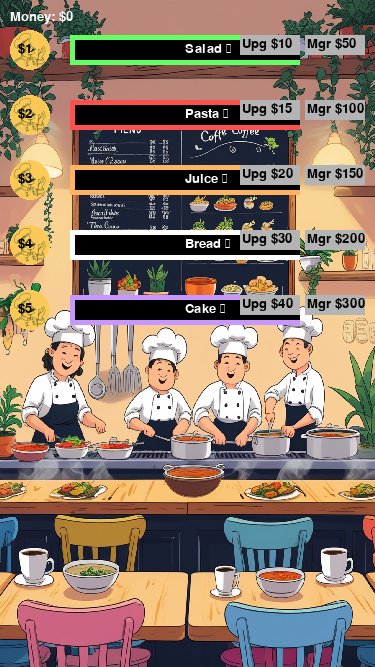
Repository: jontslater/idleclicker
Script's output: python main.py
An editor plug-in stored every save of this project. The script's output is shown before and after the next save, followed by the edit.
The window is shown after at most 60 frames with no key pressed. Random numbers start from a fixed seed. It also reads ChefCircle.png, Leonardo_Phoenix_10_A_cozy_cartoonstyle_restaurant_interior_wa_1.jpg.

Above is the script's output before, as saved 2025-04-21 13:12:44.

### main.py
import pygame

pygame.init()

# Screen setup (phone dimensions)
screen = pygame.display.set_mode([375, 667])
pygame.display.set_caption('Idle Restaurant')

# Load and scale background
background_img = pygame.image.load("c:/Users/lisaa/workspace/idleclicker/Leonardo_Phoenix_10_A_cozy_cartoonstyle_restaurant_interior_wa_1.jpg").convert()
background_img = pygame.transform.scale(background_img, (375, 667))
background = background_img

# Load chef icon image
Icon_img = pygame.image.load("C:/Users/lisaa/workspace/idleclicker/ChefCircle.png").convert_alpha()

# Colors
red = (255, 80, 80)
green = (100, 255, 100)
orange = (255, 180, 100)
white = (255, 255, 255)
black = (0, 0, 0)
purple = (200, 150, 255)
gray = (180, 180, 180)

# Font and clock
font = pygame.font.Font(None, 20)
framerate = 60
timer = pygame.time.Clock()

# Game values
score = 0

# Station data
stations = [
    {"name": "Salad 🥗", "color": green, "value": 1, "speed": 5, "length": 0, "draw": False, "auto": False, "upgrade_cost": 10, "manager_cost": 50, "manager_level": 0},
    {"name": "Pasta 🍝", "color": red, "value": 2, "speed": 4, "length": 0, "draw": False, "auto": False, "upgrade_cost": 15, "manager_cost": 100, "manager_level": 0},
    {"name": "Juice 🍊", "color": orange, "value": 3, "speed": 3, "length": 0, "draw": False, "auto": False, "upgrade_cost": 20, "manager_cost": 150, "manager_level": 0},
    {"name": "Bread 🍞", "color": white, "value": 4, "speed": 2, "length": 0, "draw": False, "auto": False, "upgrade_cost": 30, "manager_cost": 200, "manager_level": 0},
    {"name": "Cake 🍰", "color": purple, "value": 5, "speed": 1, "length": 0, "draw": False, "auto": False, "upgrade_cost": 40, "manager_cost": 300, "manager_level": 0},
]

def draw_circular_icon(image, position, size):
    # Resize the image
    icon_scaled = pygame.transform.smoothscale(image, (size, size)).convert_alpha()

    # Create a surface for the mask
    mask_surface = pygame.Surface((size, size), pygame.SRCALPHA)
    pygame.draw.circle(mask_surface, (255, 255, 255, 255), (size // 2, size // 2), size // 2)

    # Apply mask using BLEND_RGBA_MIN
    icon_scaled.blit(mask_surface, (0, 0), special_flags=pygame.BLEND_RGBA_MIN)

    # Blit the icon to the screen
    screen.blit(icon_scaled, position)

    return pygame.Rect(position[0], position[1], size, size)

def draw_station(station, y):
    global score

    if station["auto"]:
        station["draw"] = True

    # Progress logic
    if station["draw"] and station["length"] < 200:
        station["length"] += station["speed"]
    elif station["draw"] and station["length"] >= 200:
        station["draw"] = False
        station["length"] = 0
        score += station["value"]

    # Draw circular icon
    icon_rect = draw_circular_icon(Icon_img, (10, y - 20), 40)

    # Progress bar background
    pygame.draw.rect(screen, station["color"], [70, y - 15, 230, 30])
    pygame.draw.rect(screen, black, [75, y - 10, 225, 20])
    pygame.draw.rect(screen, station["color"], [70, y - 15, station["length"], 30])

    # Text
    label = font.render(station["name"], True, white)
    screen.blit(label, (70 + (230 - station["length"]) // 2, y - 8))

    value_text = font.render(f"${station['value']}", True, black)
    screen.blit(value_text, (18, y - 8))

    # Buttons
    upg_btn = pygame.Rect(240, y - 15, 60, 20)
    mgr_btn = pygame.Rect(305, y - 15, 60, 20)

    pygame.draw.rect(screen, gray, upg_btn)
    pygame.draw.rect(screen, gray, mgr_btn)

    upg_label = font.render(f"Upg ${station['upgrade_cost']}", True, black)
    mgr_label = font.render(f"Mgr ${station['manager_cost']}", True, black)
    screen.blit(upg_label, (upg_btn.x + 2, upg_btn.y + 2))
    screen.blit(mgr_label, (mgr_btn.x + 2, mgr_btn.y + 2))

    return icon_rect, upg_btn, mgr_btn

# Game loop
running = True
while running:
    timer.tick(framerate)
    screen.blit(background, (0, 0))

    station_rects = []
    for i, station in enumerate(stations):
        task_y = 50 + i * 65
        rects = draw_station(station, task_y)
        station_rects.append(rects)

    # Score display
    money_text = font.render(f"Money: ${round(score, 2)}", True, white)
    screen.blit(money_text, (10, 10))

    pygame.display.update()

    # Event handling
    for event in pygame.event.get():
        if event.type == pygame.QUIT:
            running = False

        if event.type == pygame.MOUSEBUTTONDOWN:
            for i, station in enumerate(stations):
                task_rect, upg_rect, mgr_rect = station_rects[i]

                if task_rect.collidepoint(event.pos) and not station["auto"]:
                    station["draw"] = True

                if upg_rect.collidepoint(event.pos) and score >= station["upgrade_cost"]:
                    score -= station["upgrade_cost"]
                    station["speed"] += 1
                    station["upgrade_cost"] += 10

                if mgr_rect.collidepoint(event.pos) and score >= station["manager_cost"]:
                    score -= station["manager_cost"]
                    station["auto"] = True
                    station["manager_level"] += 1
                    station["manager_cost"] = int(station["manager_cost"] * 1.5)

pygame.quit()

After the next save:
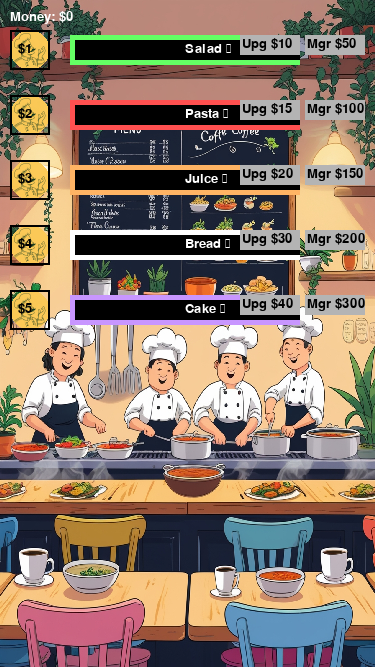
Saved 117 s later.
--- a/main.py
+++ b/main.py
@@ -71,7 +71,8 @@ def draw_station(station, y):
         score += station["value"]
 
     # Draw circular icon
-    icon_rect = draw_circular_icon(Icon_img, (10, y - 20), 40)
+    icon_rect = draw_circular_icon(Icon_img, (10, y - 20), 40,)
+    pygame.draw.rect(screen, black, icon_rect, 2)
 
     # Progress bar background
     pygame.draw.rect(screen, station["color"], [70, y - 15, 230, 30])
